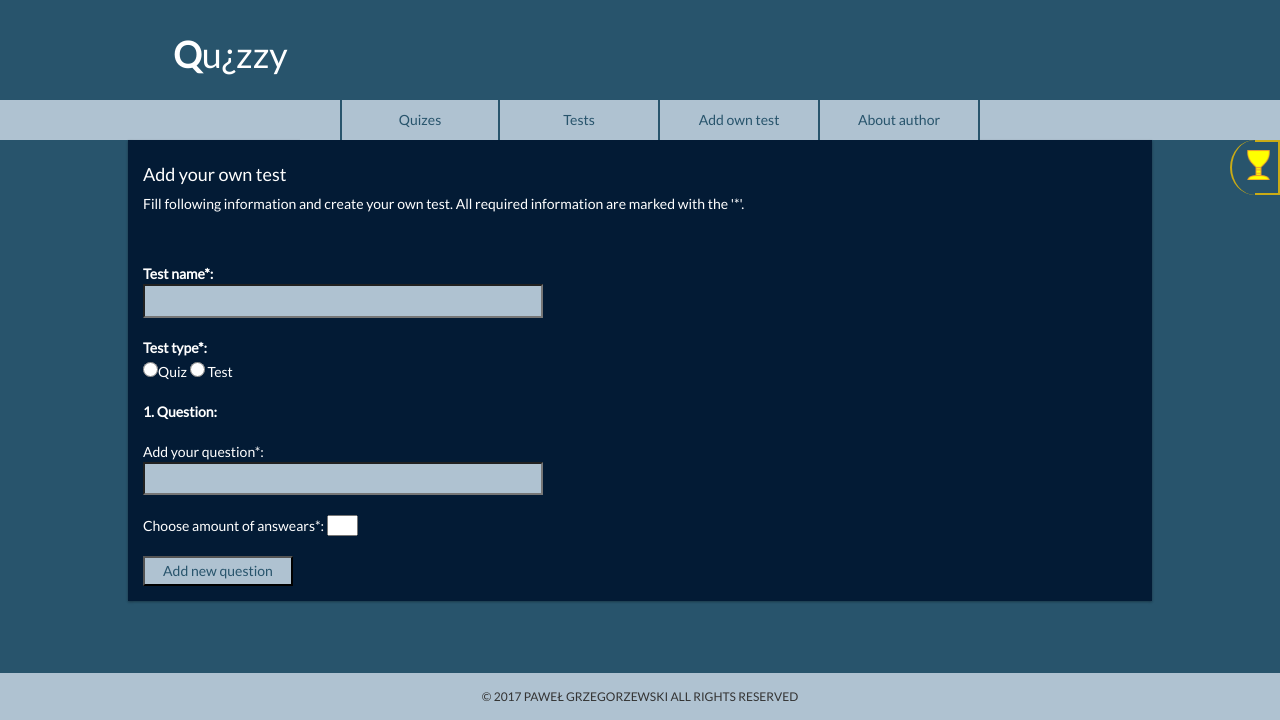
Repository: pgrzegorzewski/quiz
Page: http://localhost/app/add_test.php
The author's editor kept a copy of each file at every save. The page is drawn from the files as they stood at one save, then again after the next save.
The browser window is 1280 px wide. The pictures show the whole page.
Some web libraries are served in a nearby version. The page is run by PHP 8.4 with error messages shown; the project is at /var/www/html/.

Above is the page before, as saved 2017-09-17 20:22:54.

After the next save:
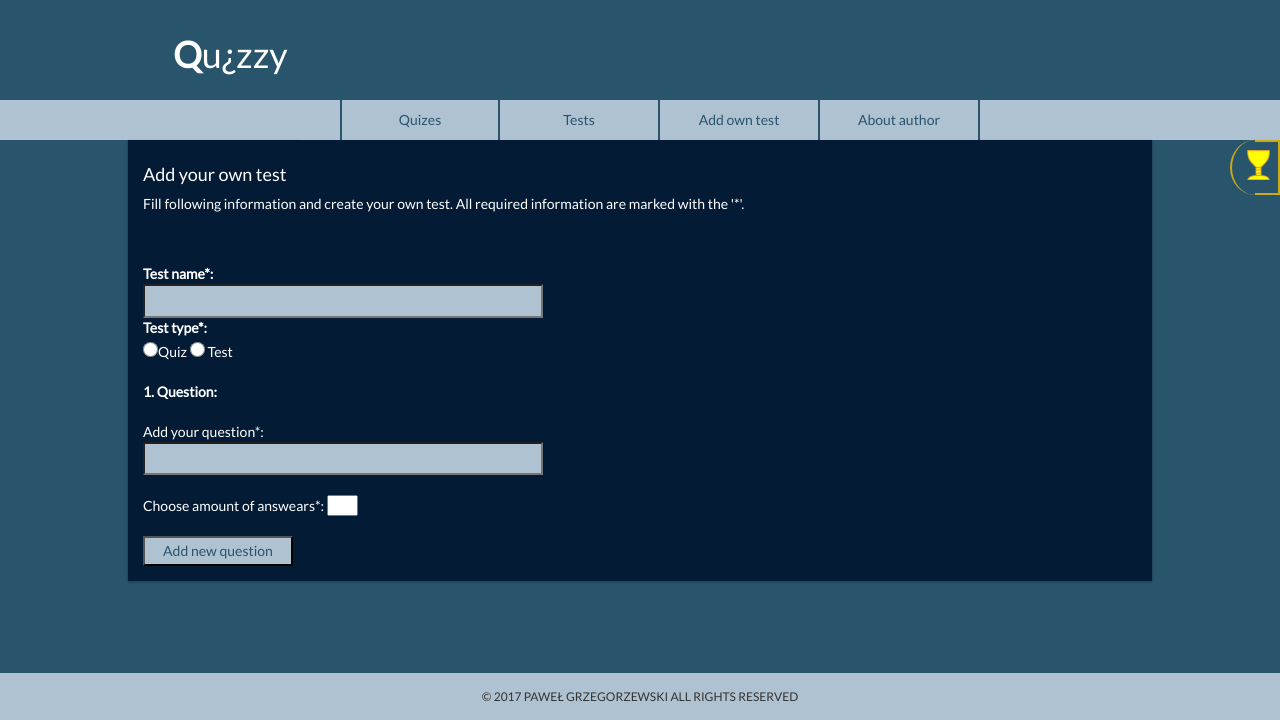
Saved 13 s later.
--- a/htdocs/app/learningapp/app/add_test.php
+++ b/htdocs/app/learningapp/app/add_test.php
@@ -68,7 +68,7 @@
 				<br><br>
 				<form>
 				  <span class="questionTitle">Test name*:</span><br>
-				  <input class = "testGeneralInformation" id = "testName" type ="text" name ="test_name"><br><br>
+				  <input class = "testGeneralInformation" id = "testName" type ="text" name ="test_name"><br>
 				  <span class="questionTitle">Test type*:</span><br>
 				  <input type ="radio" name ="testTypeChoose" value = "quiz">Quiz
 				  <input type ="radio" name ="testTypeChoose" value ="test"> Test
